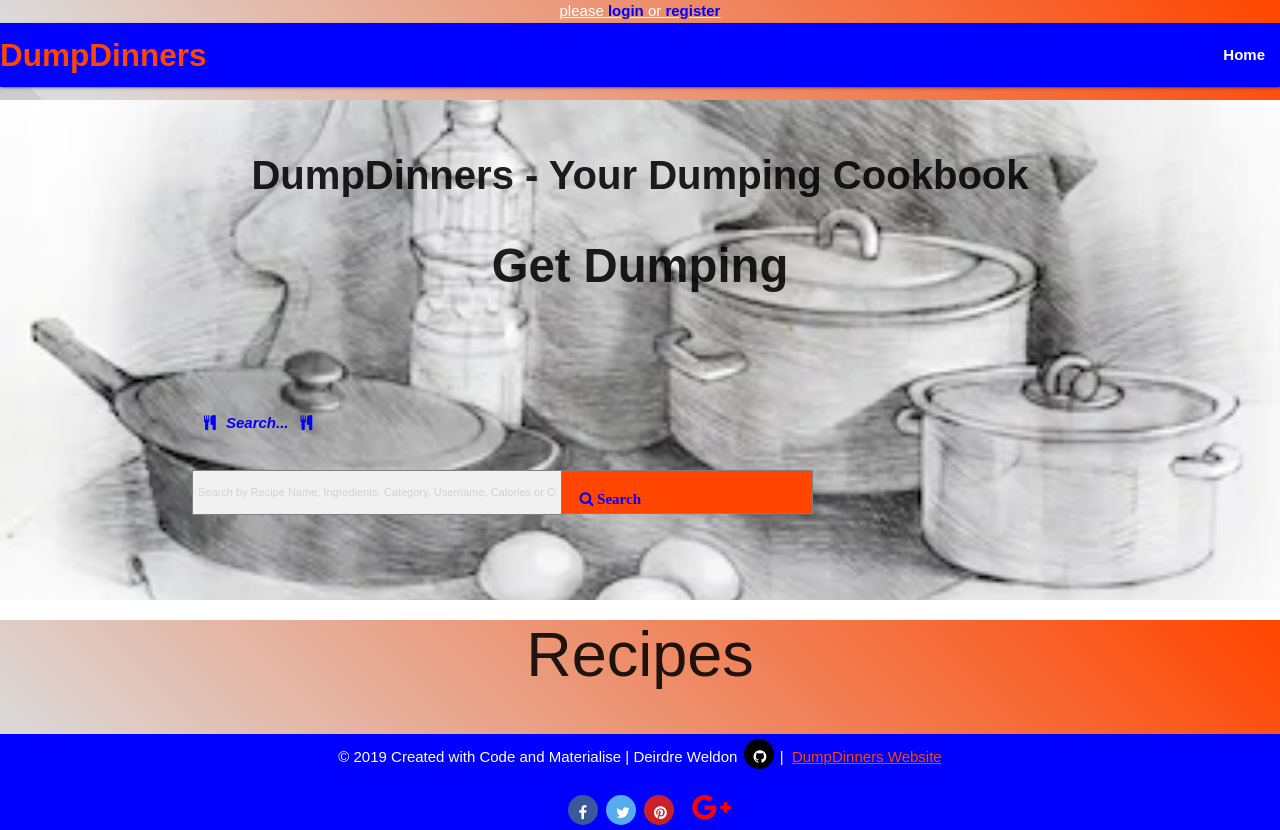
Repository: Deirdre18/dumpdinners-recipe-app
Page: http://localhost/
The author's editor kept a record of every edit. The page is drawn from the files as they stood at one moment, then again after the next edit.
The browser window is 1280 px wide. The pictures show the whole page.
Some web libraries are served in a nearby version. The page is served by the project's application, run on Flask 3 (app.py). Queries for data that is not in the repository find no rows.

Above is the page before.

### templates/allrecipes1.html
{% extends "base.html" %} {% block content %}

<h1 class="title">Recipes</h1>
{#{{referred to https://github.com/pierceoneill/code-institute-milestone-project-04/blob/master/templates/recipes.html for recipe-cards code.}}#}



<div id="recipe-cards" class="row">
    {% for recipe in recipes %}
    <div class="col s12 m4 l3 recipe-card" data-date="{{recipe.date_added}}">

        <div class="card-heading">

            <div class="card-title" style="text-align:center">
                <h6><span id="recipe_name" name="recipe_name"><i><strong>{{recipe.recipe_name}}</i></strong></span></h6>

            </div>
        </div>
        <strong><i class="fa fa-eye" aria-hidden="true" style="color:blue;font-size: 15px">&nbsp&nbsp{{recipe.views}}</i></strong>&nbsp&nbsp&nbsp
        <strong><i class="fa fa-heart" aria-hidden="true" style="color:red; font-size: 15px">&nbsp&nbsp{{recipe.likes}}</i></strong><br>
        <strong><i class="fa fa-cutlery"aria-hidden="true" style="color:blue;font-size: 10px">&nbsp&nbsp{{recipe.category_name}}</i><strong>


        <div class="card-image">
            <img src="{{recipe.image}}" width="200" height="200" style="margin-top" : 40%;>
        </div>


        <div class="card-body" style="white-space:normal">

            <p id="short_description"></p><strong><em>{{recipe.short_description}}</strong></em>
            </p>

        </div>

        <h6 class="view-and-share"><strong> View and Share!</strong>
        </h6>
        <p class=shares "col s4 m3 l3" style="white-space:normal">

            <i class="fa fa-facebook" aria-hidden="true"></i>
            <i class="fa fa-twitter" aria-hidden="true" style="color: light-blue"></i>
             <i class="fa fa-pinterest" aria-hidden="true"></i>
             <i class="fa fa-google-plus" style="font-size:30px; color:red"></i>
        </p>

        <div class="card-footer" style="white-space:normal">



            <div class="card-action">
                <a href="/recipe/{{ recipe._id }}"> <button class="btn waves-effect waves-light" type="submit" style="background-color:orangered" name="action">See More
                <i class="material-icons right">view_list</i>
             </button></a>
                <br><br><br>

            </div>

        </div>




        <!-- more display -->
    </div>
    {% endfor %} {% endblock %}

### static/social-share-kit.css
/*!
 * Social Share Kit v1.0.7 (http://socialsharekit.com)
 * Copyright 2015 Social Share Kit / Kaspars Sprogis.
 * Licensed under Creative Commons Attribution-NonCommercial 3.0 license:
 * https://github.com/darklow/social-share-kit/blob/master/LICENSE
 * ---
 */

@font-face {
    font-family: 'social-share-kit';
    src: url('../fonts/social-share-kit.eot');
    src: url('../fonts/social-share-kit.eot?#iefix') format('embedded-opentype'), url('../fonts/social-share-kit.woff') format('woff'), url('../fonts/social-share-kit.ttf') format('truetype'), url('../fonts/social-share-kit.svg#social-share-kit') format('svg');
    font-weight: normal;
    font-style: normal
}

.ssk:before {
    display: inline-block;
    font-family: "social-share-kit" !important;
    font-style: normal !important;
    font-weight: normal !important;
    font-variant: normal !important;
    text-transform: none !important;
    speak: none;
    line-height: 1;
    -webkit-font-smoothing: antialiased;
    -moz-osx-font-smoothing: grayscale
}

/*referred to this article for how to remove before{'content'}, so it wouldn't display. - https://stackoverflow.com/questions/28608023/removing-an-element-added-by-before-pseudo-selector*/

.ssk-facebook:before {
    display: "none";
    text-indent: 4px;
    margin-right: -4px
}

.ssk-twitter:before {
     display: "none";
}

.ssk-google-plus:before {
    content: ""
}

.ssk-google-plus-old:before {
    content: "c"
}

.ssk-email:before {
    content: "d";
    top: -1px;
    position: relative
}

.ssk-pinterest:before {
    display: "none";
    transform: scale(.9)
}

.ssk-tumblr:before {
    content: "f"
}

.ssk-linkedin:before {
    content: "g"
}

.ssk-github:before {
    content: "h"
}

.ssk-vk:before {
    content: "i"
}

.ssk-instagram:before {
    content: ""
}

.ssk-amazon:before {
    content: "k"
}

.ssk-skype:before {
    content: "s"
}

.ssk-youtube:before {
     display: "none";
}

.ssk-vimeo:before {
    content: "u"
}

.ssk-ebay:before {
    content: "p"
}

.ssk-apple:before {
    content: "l"
}

.ssk-behance:before {
    content: "q"
}

.ssk-dribble:before {
    content: "n"
}

.ssk-android:before {
    content: "o"
}

.ssk-whatsapp:before {
    content: "m"
}

.ssk-reddit:before {
    content: "r"
}

.ssk-reddit2:before {
    content: "t"
}

.ssk-link:before {
    content: "w"
}

.ssk-buffer:before {
    content: "\79";
    transform: scale(.85)
}

.ssk {
    background-color: #757575;
    color: white;
    display: inline-block;
    font-size: 22px;
    line-height: 1px;
    margin-right: 2px;
    margin-bottom: 2px;
    padding: 7px;
    text-align: center;
    text-decoration: none;
    transition: background-color .1s;
    -webkit-transition: background-color .1s;
    -moz-transition: background-color .1s;
    -ms-transition: background-color .1s;
    -o-transition: background-color .1s
}

.ssk:before,
.ssk .glyphicon,
.ssk .fa {
    position: relative;
    font-size: 22px;
    top: 0;
    vertical-align: middle
}

.ssk.ssk-xs,
.ssk-xs>.ssk {
    padding: 4px
}

.ssk.ssk-xs:before,
.ssk-xs>.ssk:before,
.ssk.ssk-xs .glyphicon,
.ssk-xs>.ssk .glyphicon,
.ssk.ssk-xs .fa,
.ssk-xs>.ssk .fa {
    font-size: 15px
}

.ssk.ssk-sm,
.ssk-sm>.ssk {
    padding: 5px
}

.ssk.ssk-sm:before,
.ssk-sm>.ssk:before,
.ssk.ssk-sm .glyphicon,
.ssk-sm>.ssk .glyphicon,
.ssk.ssk-sm .fa,
.ssk-sm>.ssk .fa {
    font-size: 20px
}

.ssk.ssk-lg,
.ssk-lg>.ssk {
    padding: 9px
}

.ssk.ssk-lg:before,
.ssk-lg>.ssk:before,
.ssk.ssk-lg .glyphicon,
.ssk-lg>.ssk .glyphicon,
.ssk.ssk-lg .fa,
.ssk-lg>.ssk .fa {
    font-size: 28px
}

.ssk:last-child {
    margin-right: 0
}

.ssk:hover {
    background-color: #424242
}

.ssk:hover,
.ssk:focus {
    color: #fff;
    text-decoration: none
}

.ssk.ssk-round,
.ssk-round .ssk {
    border-radius: 50%
}

.ssk.ssk-round:before,
.ssk-round .ssk:before {
    text-indent: 0;
    margin-right: 0
}

.ssk.ssk-rounded,
.ssk-rounded .ssk {
    border-radius: 15%
}

.ssk.ssk-icon {
    color: #757575;
    padding: 2px;
    font-size: 24px
}

.ssk.ssk-icon,
.ssk.ssk-icon:hover {
    background-color: transparent
}

.ssk.ssk-icon:hover {
    color: #424242
}

.ssk.ssk-icon.ssk-xs,
.ssk-xs>.ssk.ssk-icon {
    font-size: 16px
}

.ssk.ssk-icon.ssk-sm,
.ssk-sm>.ssk.ssk-icon {
    font-size: 20px
}

.ssk.ssk-icon.ssk-lg,
.ssk-lg>.ssk.ssk-icon {
    font-size: 28px
}

.ssk.ssk-text {
    overflow: hidden;
    font-size: 17px;
    line-height: normal;
    padding-right: 10px
}

.ssk.ssk-text:before,
.ssk.ssk-text .glyphicon,
.ssk.ssk-text .fa {
    margin: -7px 10px -7px -7px;
    padding: 7px;
    background-color: rgba(0, 0, 0, 0.15);
    vertical-align: bottom;
    text-indent: 0
}

.ssk-block .ssk.ssk-text {
    display: block;
    margin-right: 0;
    text-align: left
}

.ssk.ssk-text.ssk-xs,
.ssk-xs>.ssk.ssk-text {
    font-size: 12px;
    padding-right: 6px
}

.ssk.ssk-text.ssk-xs:before,
.ssk-xs>.ssk.ssk-text:before,
.ssk.ssk-text.ssk-xs .glyphicon,
.ssk-xs>.ssk.ssk-text .glyphicon,
.ssk.ssk-text.ssk-xs .fa,
.ssk-xs>.ssk.ssk-text .fa {
    margin: -4px 6px -4px -4px;
    padding: 4px
}

.ssk.ssk-text.ssk-sm,
.ssk-sm>.ssk.ssk-text {
    font-size: 16px;
    padding-right: 7px
}

.ssk.ssk-text.ssk-sm:before,
.ssk-sm>.ssk.ssk-text:before,
.ssk.ssk-text.ssk-sm .glyphicon,
.ssk-sm>.ssk.ssk-text .glyphicon,
.ssk.ssk-text.ssk-sm .fa,
.ssk-sm>.ssk.ssk-text .fa {
    margin: -5px 7px -5px -5px;
    padding: 5px
}

.ssk.ssk-text.ssk-lg,
.ssk-lg>.ssk.ssk-text {
    font-size: 22px;
    padding-right: 13px
}

.ssk.ssk-text.ssk-lg:before,
.ssk-lg>.ssk.ssk-text:before,
.ssk.ssk-text.ssk-lg .glyphicon,
.ssk-lg>.ssk.ssk-text .glyphicon,
.ssk.ssk-text.ssk-lg .fa,
.ssk-lg>.ssk.ssk-text .fa {
    margin: -9px 13px -9px -9px;
    padding: 9px
}

.ssk-group,
.ssk-sticky {
    font-size: 0
}

.ssk-sticky {
    top: 0;
    position: fixed;
    z-index: 2000
}

.ssk-sticky .ssk {
    transition: padding .1s ease-out;
    -webkit-transition: padding .1s ease-out;
    -moz-transition: padding .1s ease-out;
    -ms-transition: padding .1s ease-out;
    -o-transition: padding .1s ease-out;
    margin: 0
}

@media (min-width:768px) {
    .ssk-sticky.ssk-left .ssk,
    .ssk-sticky.ssk-right .ssk {
        display: block;
        clear: both
    }
    .ssk-sticky.ssk-left.ssk-center,
    .ssk-sticky.ssk-right.ssk-center {
        top: 50%;
        transform: translateY(-50%);
        -webkit-transform: translateY(-50%);
        -moz-transform: translateY(-50%);
        -ms-transform: translateY(-50%);
        -o-transform: translateY(-50%)
    }
    .ssk-sticky.ssk-left {
        left: 0
    }
    .ssk-sticky.ssk-left .ssk {
        float: left
    }
    .ssk-sticky.ssk-left .ssk:hover {
        padding-left: 15px
    }
    .ssk-sticky.ssk-right {
        right: 0
    }
    .ssk-sticky.ssk-right .ssk {
        float: right
    }
    .ssk-sticky.ssk-right .ssk:hover {
        padding-right: 15px
    }
}

.ssk-sticky.ssk-bottom {
    font-size: 0;
    top: auto;
    bottom: 0
}

.ssk-sticky.ssk-bottom.ssk-center {
    left: 50%;
    right: auto;
    transform: translateX(-50%);
    -webkit-transform: translateX(-50%);
    -moz-transform: translateX(-50%);
    -ms-transform: translateX(-50%);
    -o-transform: translateX(-50%)
}

.ssk-sticky.ssk-bottom .ssk {
    vertical-align: bottom
}

.ssk-sticky.ssk-bottom .ssk:hover {
    padding-bottom: 15px
}

.ssk-sticky.ssk-round.ssk-xs .ssk:hover {
    padding: 8px
}

.ssk-sticky.ssk-round.ssk-sm .ssk:hover {
    padding: 9px
}

.ssk-sticky.ssk-round .ssk:hover {
    padding: 11px
}

.ssk-sticky.ssk-round.ssk-lg .ssk:hover {
    padding: 13px
}

@media (max-width:767px) {
    .ssk-sticky {
        left: 0;
        right: 0;
        bottom: 0;
        top: auto;
        width: 100%;
        display: flex !important;
        flex-direction: row;
        flex-wrap: nowrap
    }
    .ssk-sticky.ssk-sticky-hide-xs {
        display: none !important
    }
    .ssk-sticky .ssk {
        flex: 1;
        width: auto
    }
    .ssk-sticky .ssk .ssk-num {
        display: none
    }
}

.ssk-count {
    padding-top: 20px
}

.ssk-count .ssk {
    position: relative
}

.ssk-count .ssk-num {
    border-radius: 4px;
    color: #8f8f8f;
    background-color: rgba(50, 50, 50, 0.03);
    display: block;
    font-size: 12px;
    left: 0;
    line-height: 20px;
    position: absolute;
    right: 0;
    text-align: center;
    top: -20px
}

@media (min-width:768px) {
    .ssk-count.ssk-sticky {
        padding-top: 0
    }
    .ssk-count.ssk-sticky.ssk-left .ssk-num,
    .ssk-count.ssk-sticky.ssk-right .ssk-num {
        top: 20%;
        background-color: transparent
    }
    .ssk-count.ssk-sticky.ssk-left .ssk-num {
        left: 100%;
        margin-left: 5px
    }
    .ssk-count.ssk-sticky.ssk-right .ssk-num {
        right: 115%;
        margin-left: -100%;
        text-align: right
    }
}

.ssk-facebook {
    background-color: #3B5998
}

.ssk-grayscale>.ssk-facebook {
    background-color: #757575
}

.ssk-facebook:hover {
    background-color: #2d4373
}

.ssk-facebook:hover {
    background-color: #2d4373
}

.ssk-grayscale>.ssk-facebook:hover {
    background-color: #3B5998
}

.ssk-facebook.ssk-icon {
    color: #3B5998
}

.ssk-facebook.ssk-icon:hover {
    color: #2d4373
}

.ssk-facebook.ssk-icon:before {
    text-indent: 0;
    margin-right: 0
}

.ssk-twitter {
    background-color: #1DA1F2
}

.ssk-grayscale>.ssk-twitter {
    background-color: #757575
}

.ssk-twitter:hover {
    background-color: #0c85d0
}

.ssk-twitter:hover {
    background-color: #0c85d0
}

.ssk-grayscale>.ssk-twitter:hover {
    background-color: #1DA1F2
}

.ssk-twitter.ssk-icon {
    color: #1DA1F2
}

.ssk-twitter.ssk-icon:hover {
    color: #0c85d0
}

.ssk-google-plus {
    background-color: #EA4335
}

.ssk-grayscale>.ssk-google-plus {
    background-color: #757575
}

.ssk-google-plus:hover {
    background-color: #d62516
}

.ssk-google-plus:hover {
    background-color: #d62516
}

.ssk-grayscale>.ssk-google-plus:hover {
    background-color: #EA4335
}

.ssk-google-plus.ssk-icon {
    color: #EA4335
}

.ssk-google-plus.ssk-icon:hover {
    color: #d62516
}

.ssk-pinterest {
    background-color: #BD081C
}

.ssk-grayscale>.ssk-pinterest {
    background-color: #757575
}

.ssk-pinterest:hover {
    background-color: #8c0615
}

.ssk-pinterest:hover {
    background-color: #8c0615
}

.ssk-grayscale>.ssk-pinterest:hover {
    background-color: #BD081C
}

.ssk-pinterest.ssk-icon {
    color: #BD081C
}

.ssk-pinterest.ssk-icon:hover {
    color: #8c0615
}

.ssk-tumblr {
    background-color: #395773
}

.ssk-grayscale>.ssk-tumblr {
    background-color: #757575
}

.ssk-tumblr:hover {
    background-color: #283d51
}

.ssk-tumblr:hover {
    background-color: #283d51
}

.ssk-grayscale>.ssk-tumblr:hover {
    background-color: #395773
}

.ssk-tumblr.ssk-icon {
    color: #395773
}

.ssk-tumblr.ssk-icon:hover {
    color: #283d51
}

.ssk-email {
    background-color: #757575
}

.ssk-grayscale>.ssk-email {
    background-color: #757575
}

.ssk-email:hover {
    background-color: #5b5b5b
}

.ssk-email:hover {
    background-color: #5b5b5b
}

.ssk-grayscale>.ssk-email:hover {
    background-color: #757575
}

.ssk-grayscale>.ssk-email:hover {
    background-color: #5b5b5b
}

.ssk-email.ssk-icon {
    color: #757575
}

.ssk-email.ssk-icon:hover {
    color: #5b5b5b
}

.ssk-vk {
    background-color: #54769a
}

.ssk-grayscale>.ssk-vk {
    background-color: #757575
}

.ssk-vk:hover {
    background-color: #425d79
}

.ssk-vk:hover {
    background-color: #425d79
}

.ssk-grayscale>.ssk-vk:hover {
    background-color: #54769a
}

.ssk-vk.ssk-icon {
    color: #54769a
}

.ssk-vk.ssk-icon:hover {
    color: #425d79
}

.ssk-linkedin {
    background-color: #1c87bd
}

.ssk-grayscale>.ssk-linkedin {
    background-color: #757575
}

.ssk-linkedin:hover {
    background-color: #156791
}

.ssk-linkedin:hover {
    background-color: #156791
}

.ssk-grayscale>.ssk-linkedin:hover {
    background-color: #1c87bd
}

.ssk-linkedin.ssk-icon {
    color: #1c87bd
}

.ssk-linkedin.ssk-icon:hover {
    color: #156791
}

.ssk-whatsapp {
    background-color: #34AF23
}

.ssk-grayscale>.ssk-whatsapp {
    background-color: #757575
}

.ssk-whatsapp:hover {
    background-color: #27851a
}

.ssk-whatsapp:hover {
    background-color: #27851a
}

.ssk-grayscale>.ssk-whatsapp:hover {
    background-color: #34AF23
}

.ssk-whatsapp.ssk-icon {
    color: #34AF23
}

.ssk-whatsapp.ssk-icon:hover {
    color: #27851a
}

.ssk-reddit {
    background-color: #5f99cf
}

.ssk-grayscale>.ssk-reddit {
    background-color: #757575
}

.ssk-reddit:hover {
    background-color: #3a80c1
}

.ssk-reddit:hover {
    background-color: #3a80c1
}

.ssk-grayscale>.ssk-reddit:hover {
    background-color: #5f99cf
}

.ssk-reddit.ssk-icon {
    color: #5f99cf
}

.ssk-reddit.ssk-icon:hover {
    color: #3a80c1
}

.ssk-reddit2 {
    background-color: #5f99cf
}

.ssk-grayscale>.ssk-reddit2 {
    background-color: #757575
}

.ssk-reddit2:hover {
    background-color: #3a80c1
}

.ssk-reddit2:hover {
    background-color: #3a80c1
}

.ssk-grayscale>.ssk-reddit2:hover {
    background-color: #5f99cf
}

.ssk-reddit2.ssk-icon {
    color: #5f99cf
}

.ssk-reddit2.ssk-icon:hover {
    color: #3a80c1
}

.ssk-buffer {
    background-color: #323B43
}

.ssk-grayscale>.ssk-buffer {
    background-color: #757575
}

.ssk-buffer:hover {
    background-color: #1c2126
}

.ssk-buffer:hover {
    background-color: #1c2126
}

.ssk-grayscale>.ssk-buffer:hover {
    background-color: #323B43
}

.ssk-buffer.ssk-icon {
    color: #323B43
}

.ssk-buffer.ssk-icon:hover {
    color: #1c2126
}

.ssk-turquoise {
    background-color: #1abc9c
}

.ssk-turquoise:hover {
    background-color: #148f77
}

.ssk-emerald {
    background-color: #2ecc71
}

.ssk-emerald:hover {
    background-color: #25a25a
}

.ssk-peter-river {
    background-color: #3498db
}

.ssk-peter-river:hover {
    background-color: #217dbb
}

.ssk-belize-hole {
    background-color: #2980b9
}

.ssk-belize-hole:hover {
    background-color: #20638f
}

.ssk-amethyst {
    background-color: #9b59b6
}

.ssk-amethyst:hover {
    background-color: #804399
}

.ssk-wisteria {
    background-color: #8e44ad
}

.ssk-wisteria:hover {
    background-color: #703688
}

.ssk-wet-asphalt {
    background-color: #34495e
}

.ssk-wet-asphalt:hover {
    background-color: #222f3d
}

.ssk-midnight-blue {
    background-color: #2c3e50
}

.ssk-midnight-blue:hover {
    background-color: #1a242f
}

.ssk-green-sea {
    background-color: #16a085
}

.ssk-green-sea:hover {
    background-color: #107360
}

.ssk-nephritis {
    background-color: #27ae60
}

.ssk-nephritis:hover {
    background-color: #1e8449
}

.ssk-sunflower {
    background-color: #f1c40f
}

.ssk-sunflower:hover {
    background-color: #c29d0b
}

.ssk-orange {
    background-color: #f39c12
}

.ssk-orange:hover {
    background-color: #c87f0a
}

.ssk-carrot {
    background-color: #e67e22
}

.ssk-carrot:hover {
    background-color: #bf6516
}

.ssk-pumpkin {
    background-color: #d35400
}

.ssk-pumpkin:hover {
    background-color: #a04000
}

.ssk-alizarin {
    background-color: #e74c3c
}

.ssk-alizarin:hover {
    background-color: #d62c1a
}

.ssk-pomegranate {
    background-color: #c0392b
}

.ssk-pomegranate:hover {
    background-color: #962d22
}

.ssk-clouds {
    background-color: #cfd9db
}

.ssk-clouds:hover {
    background-color: #b1c2c6
}

.ssk-concrete {
    background-color: #95a5a6
}

.ssk-concrete:hover {
    background-color: #798d8f
}

.ssk-silver {
    background-color: #bdc3c7
}

.ssk-silver:hover {
    background-color: #a1aab0
}

.ssk-asbestos {
    background-color: #7f8c8d
}

.ssk-asbestos:hover {
    background-color: #667273
}

.ssk-dark-gray {
    background-color: #555
}

.ssk-dark-gray:hover {
    background-color: #3b3b3b
}

.ssk-black {
    background-color: #333
}

.ssk-black:hover {
    background-color: #1a1a1a
}

### static/styles.css
.card-body {
    width: 75%;
    margin-left: 0;
    left: auto;
    right: auto;
    white-space: pre-wrap;
}

#search [type="search"] [name="query"] {
    height: 30px;
    width: 50px;
}


h3 {
    margin-top: 10%
}

.main {
    margin-top: 20px;
}

.card-image {
    width: 25%;
}

h5 .lead-search {
    margin-bottom: 0
}

p .heading {
    margin-top: 30%;
}


.card-image {
    white-space: pre-wrap;
    margin-bottom: -80px;
}


h1 {
    text-align: center;
    margin-top: 20px;

}

p {
    margin-top: 20%;
}



.nav-wrapper {
    background-color: blue;
}


.brand-logo {
    text-align: left;
}

.btn_small {
    height: 24px;
    width: 60px;
    line-height: 24px;
    margin: 5px 5px;
    padding: 0 0.5em;
}

Loaded but not shown: templates/base.html (309 lines, source omitted); app.py (214 lines, source omitted)

After the next edit:
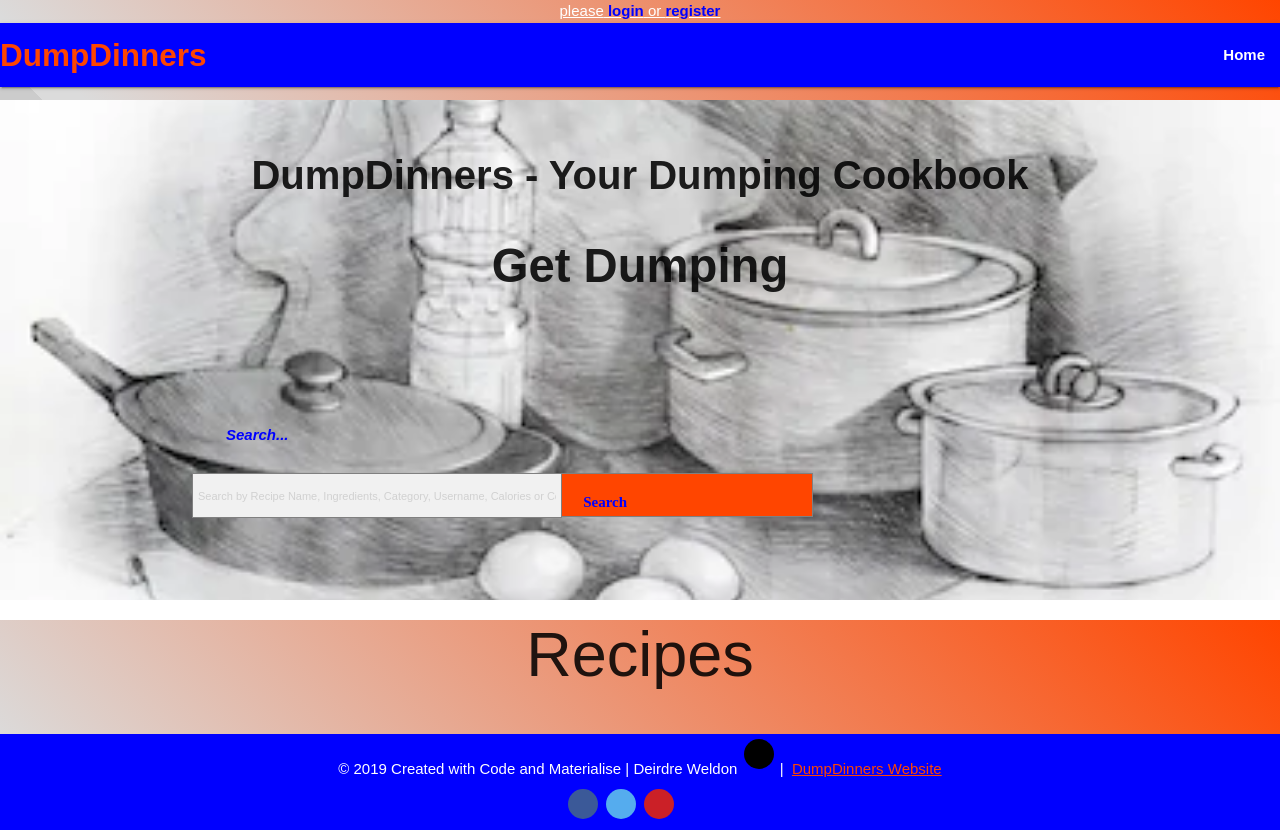
The edit:
--- a/static/social-share-kit.css
+++ b/static/social-share-kit.css
@@ -35,6 +35,8 @@
     margin-right: -4px
 }
 
+::before {
+  display: none;
 .ssk-twitter:before {
      display: "none";
 }

After the 2 edits that followed:
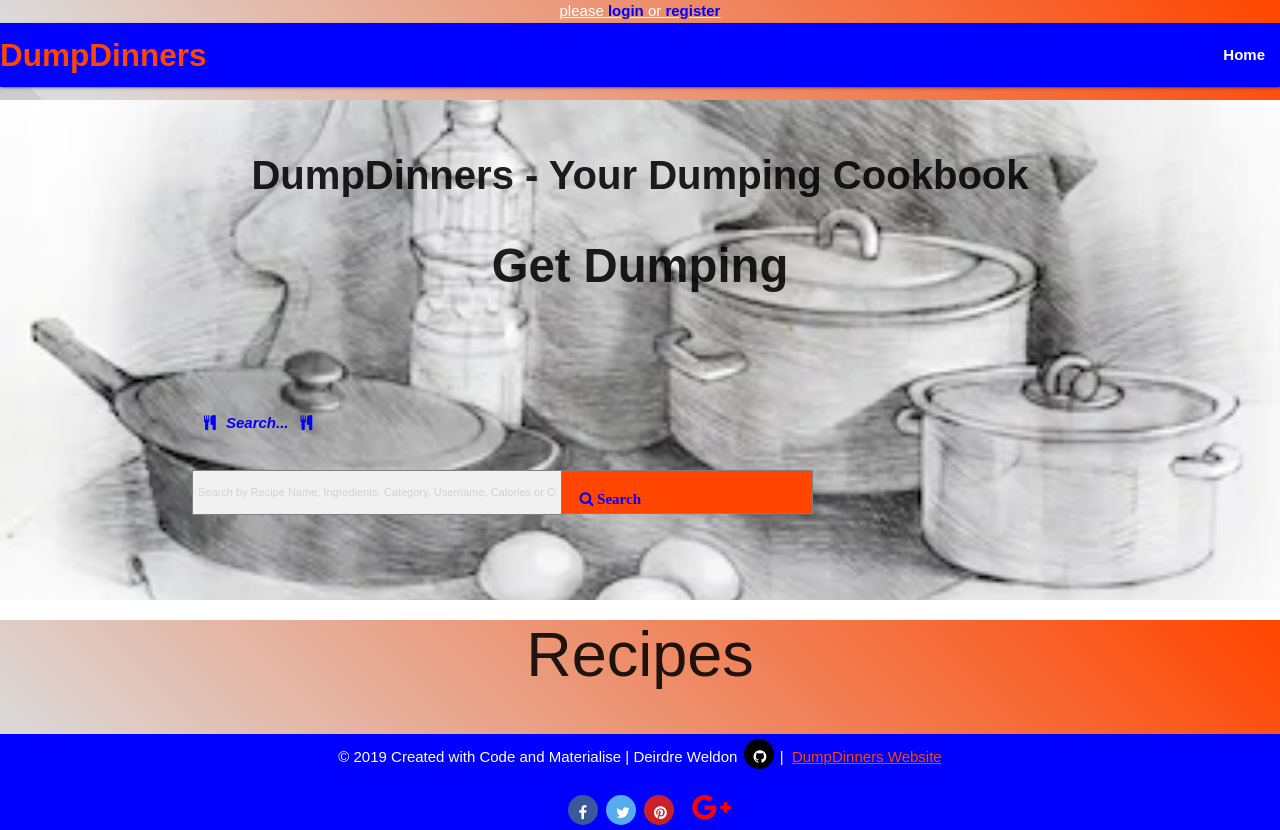
The 2 edits are shown as one change because 1 left the picture as it was.
The edit:
--- a/static/social-share-kit.css
+++ b/static/social-share-kit.css
@@ -30,13 +30,12 @@
 /*referred to this article for how to remove before{'content'}, so it wouldn't display. - https://stackoverflow.com/questions/28608023/removing-an-element-added-by-before-pseudo-selector*/
 
 .ssk-facebook:before {
-    display: "none";
+    display: none;
     text-indent: 4px;
     margin-right: -4px
 }
 
-::before {
-  display: none;
+
 .ssk-twitter:before {
      display: "none";
 }
